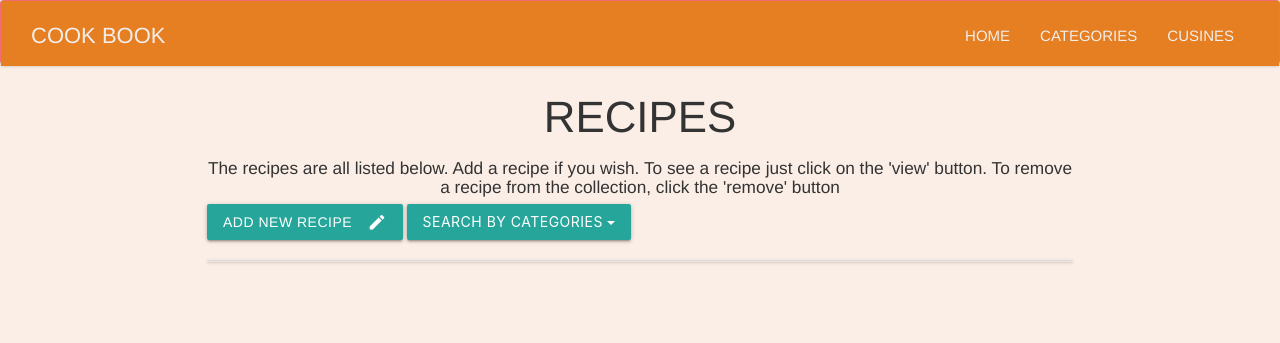
Repository: atena123/COOK-BOOK
Page: http://localhost/
The author's editor kept a record of every edit. The page is drawn from the files as they stood at one moment, then again after the next edit.
The browser window is 1280 px wide. The pictures show the whole page.
Some web libraries are served in a nearby version. The page is served by the project's application, run on Flask 3 (app.py). Queries for data that is not in the repository find no rows.

Above is the page before.

After the next edit:
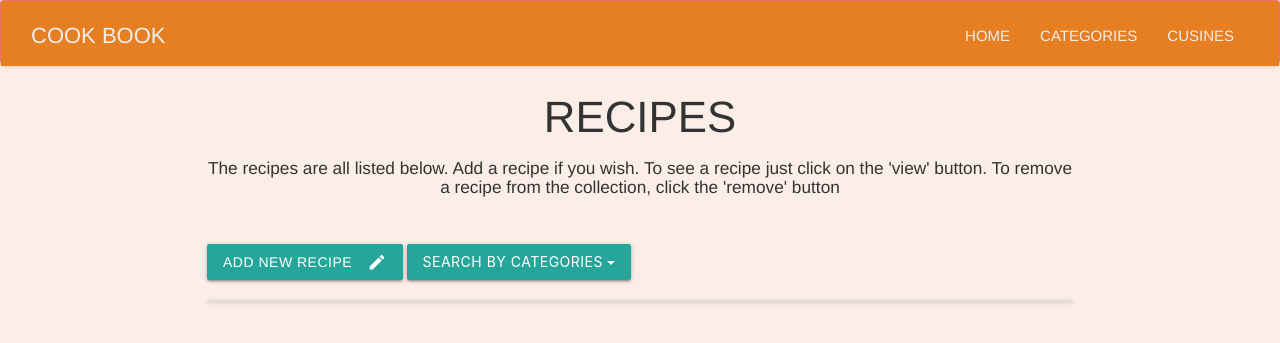
The edit:
--- a/static/css/style.css
+++ b/static/css/style.css
@@ -4,6 +4,10 @@
 
 h3, h6 {
     text-align: center;
+}
+
+h6 {
+    padding-bottom: 40px;
 }
 
 h1 {
